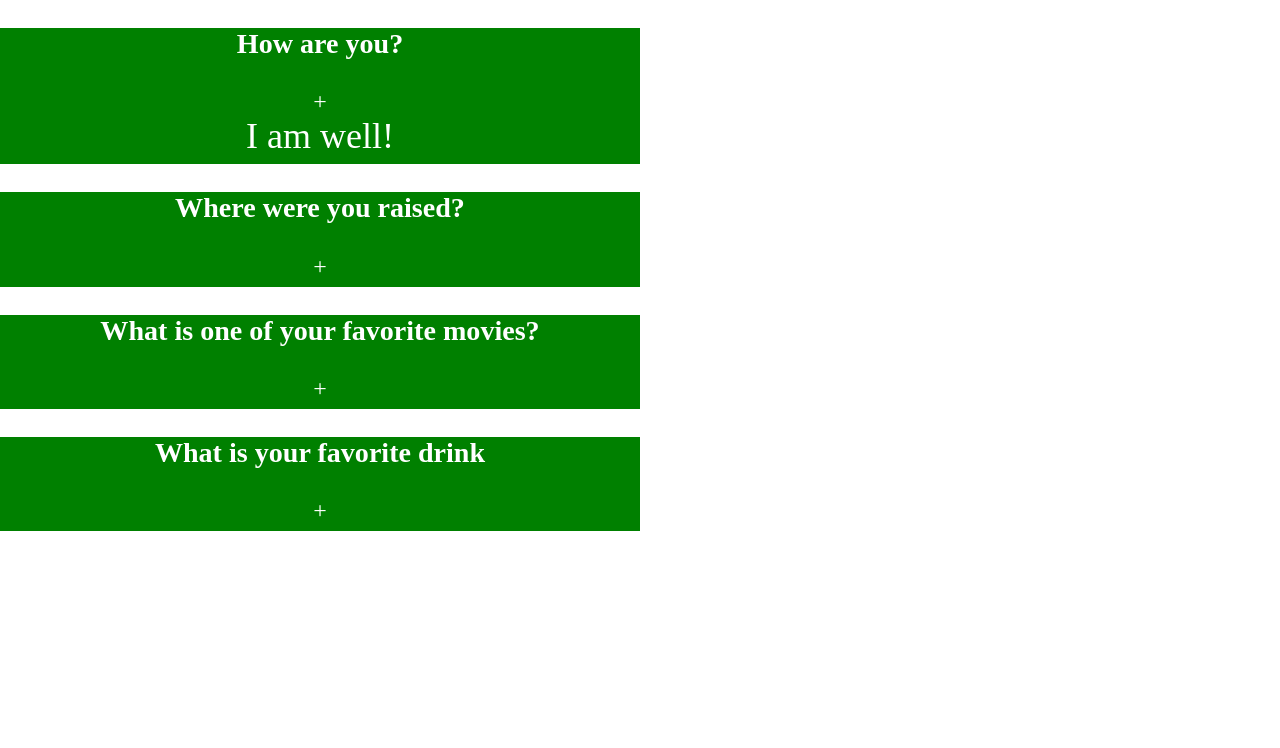
Repository: kosenijr/react-projects
Page: / (app in accordion/), after clicking the first element matching `div.title`
The author's editor kept a copy of each file at every save. The page is drawn from the files as they stood at one save, then again after the next save.
The browser window is 1280 px wide. The pictures show the whole page.
The project was rebuilt for these pictures with package versions that can differ from the ones it lists, and the page was loaded fresh each time.

Above is the page before, as saved 2024-03-02 22:36:55.

### accordion/src/App.js
import React from "react";
import "./App.css";
import Accordion from "./components/Accordion";

function App() {
  return (
    <div className="App">
      <Accordion />
    </div>
  );
}

export default App;

### accordion/src/components/Accordion.js
import React, { useState } from "react";
import "../styles/Accordion.css";
import data from "../data";

function Accordion() {
  // setting up useState
  const [selected, setSelected] = useState(null);
  // setting up handling
  const handleSingleSelection = (getCurrentId) => {
    console.log(selected, getCurrentId);
    // setSelected(getCurrentId === selected ? null : getCurrentId); // keep add condition for closure
    setSelected(selected !== getCurrentId ? getCurrentId : null)
  };

  return (
    <div className="wrapper">
      {/* single selection accordion */}
      <div className="accordion">
        {data && data.length > 0 ? (
          data.map((dataItem) => (
            <div className="item" key={dataItem.id}>
              {" "}
              {/* always remember to add key */}
              <div
                className="title"
                onClick={() => handleSingleSelection(dataItem.id)}
              >
                <h3>{dataItem.question}</h3>
                <span>+</span>
              </div>
              {selected === dataItem.id ? (
                <div className="content ">{dataItem.answer}</div>
              ) : null}
            </div>
          ))
        ) : (
          <div>No data found!</div>
        )}
      </div>
    </div>
  );
}

export default Accordion;

### accordion/src/styles/Accordion.css
.wrapper {
  height: 100vh;
  width: 100vw
}
.accordion {
  color: white;

}

.item {
  background-color: green;
  font: 1.5em "Raleway";

  padding-bottom: 1vh;
  width: 50vw;
}

.content {
  font: 1.5em "Raleway";
}

### accordion/src/data.js
const data = [
  {
    id: 1,
    question: "How are you?",
    answer: "I am well!",
  },

  {
    id: 2,
    question: "Where were you raised?",
    answer: "I was raised in Queens.",
  },

  {
    id: 3,
    question: "What is one of your favorite movies?",
    answer: "Harlem Nights",
  },

  {
    id: 4,
    question: "What is your favorite drink",
    answer: "Water",
  },
];

export default data;

Loaded but not shown: accordion/public/index.html (common file); accordion/src/index.js (common file); accordion/src/index.css (common file); accordion/src/reportWebVitals.js (common file); accordion/src/App.css (common file)

After the next save:
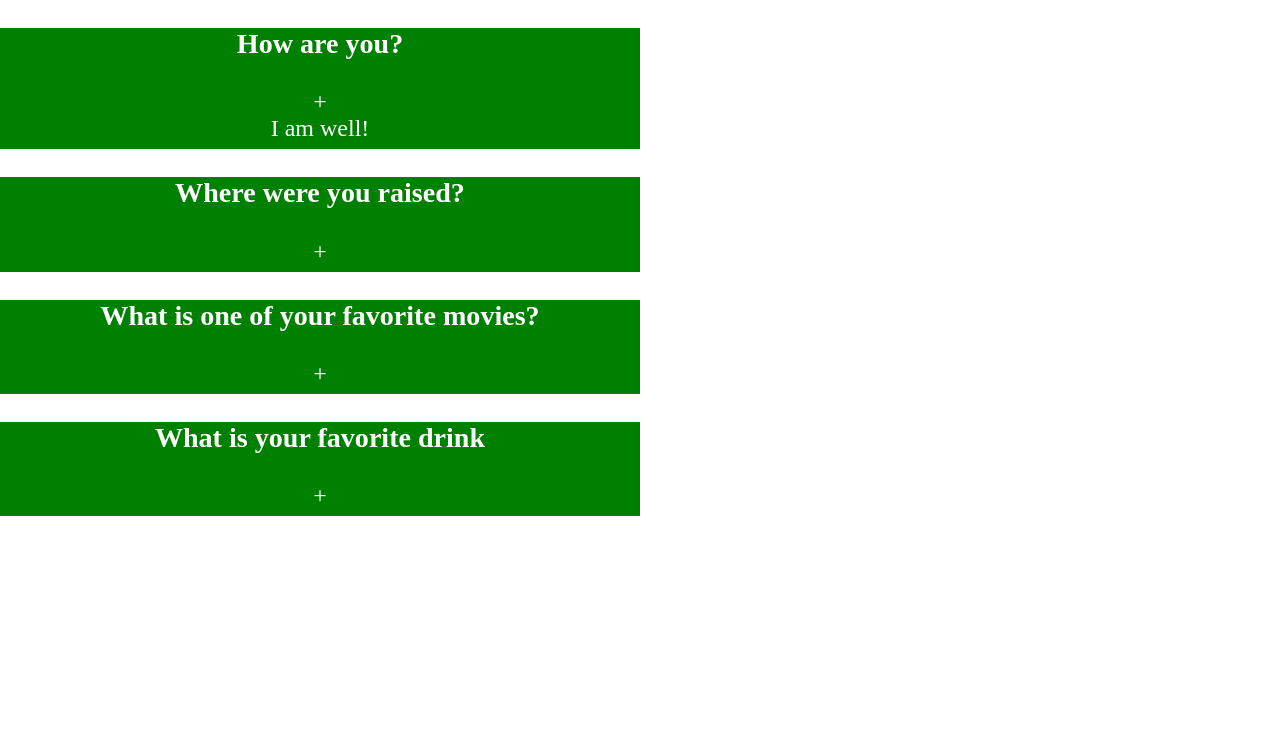
Saved 9 s later.
--- a/accordion/src/styles/Accordion.css
+++ b/accordion/src/styles/Accordion.css
@@ -16,5 +16,5 @@
 }
 
 .content {
-  font: 1.5em "Raleway";
+  font: 1.5em "Raleway" bold;
 }

After the 2 saves that followed:
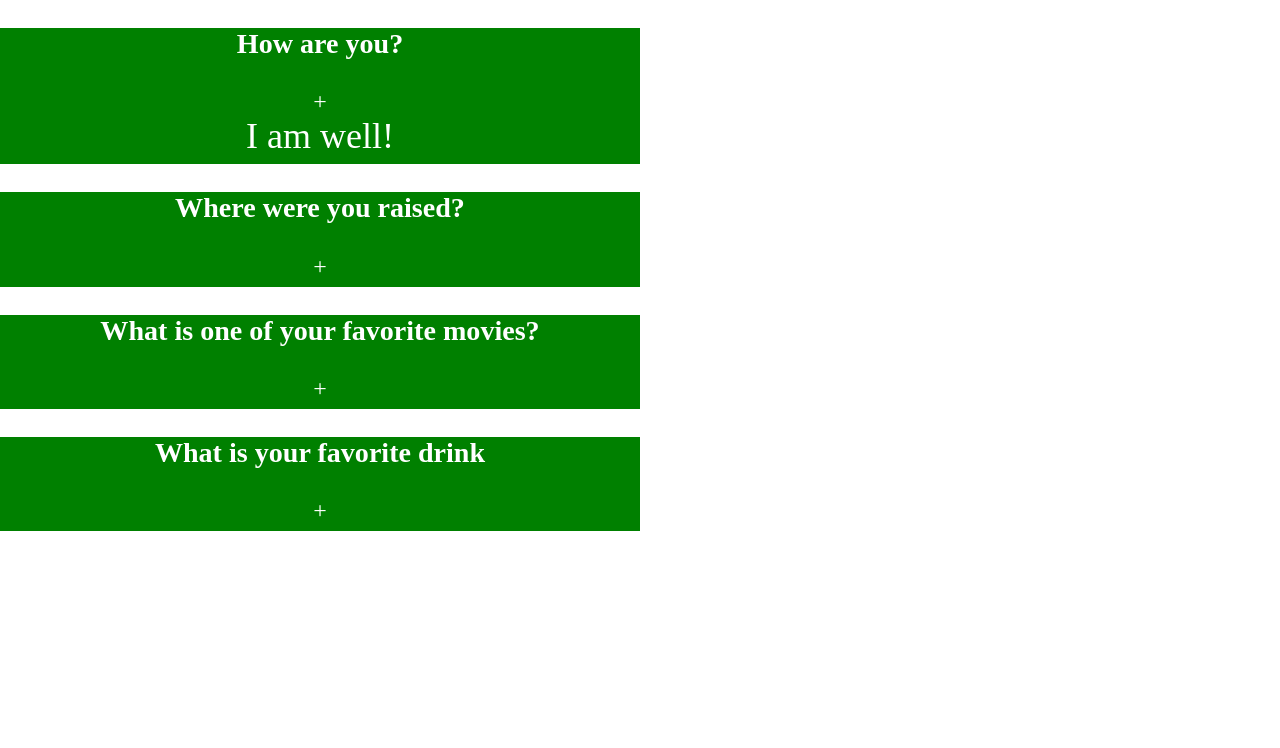
The 2 saves are shown as one change because 1 left the picture as it was.
The last was saved 57 s later.
--- a/accordion/src/styles/Accordion.css
+++ b/accordion/src/styles/Accordion.css
@@ -16,5 +16,7 @@
 }
 
 .content {
-  font: 1.5em "Raleway" bold;
+  font-size: 1.5em;
+  font-family:  "Raleway", "Times New Roman";
+  font-weight: 400;
 }
